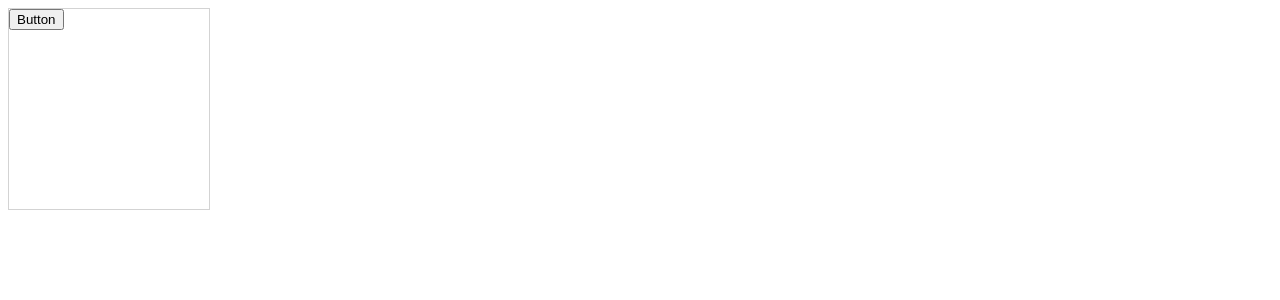
Repository: ezotop/react_ts_props-hook-router-event-req
Page: /
The author's editor kept a copy of each file at every save. The page is drawn from the files as they stood at one save, then again after the next save.
The browser window is 1280 px wide. The pictures show the whole page.
The project was rebuilt for these pictures with package versions that can differ from the ones it lists, and the page was loaded fresh each time.

Above is the page before, as saved 2021-04-19 20:50:02.

### src/App.tsx
import React from 'react';
import Card from './component/Card';

const App = () => {
    return (
        <div>
            <Card width={'200px'} height={'200px'}>
                <button>Button</button>
            </Card>
        </div>
    );
};

export default App;

### src/component/Card.tsx
import React from 'react';

export enum CardVariant {
    outlined = 'outlined',
    primary = 'primary'
}

interface CardProps {
    width?: string // ? - если хотим сделать не обязательным
    height?: string
    children?: React.ReactChild | React.ReactNode
    variant: CardVariant
}

const Card: React.FC<CardProps> = ({width, height, children}) => {
    return (
        <div style={{width, height, border: CardVariant.outlined ? '1px solid lightgray' : 'none'}}>
            {children}
        </div>
    );
};

export default Card;

Loaded but not shown: public/index.html (common file); src/index.tsx (common file)

After the next save:
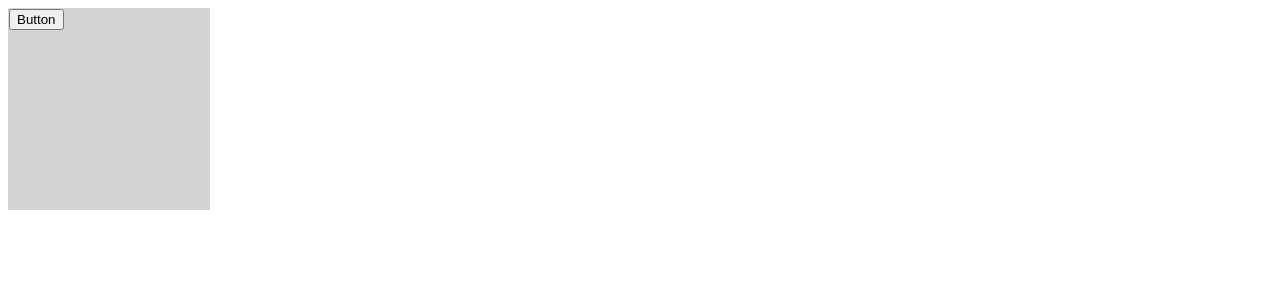
Saved 80 s later.
--- a/src/component/Card.tsx
+++ b/src/component/Card.tsx
@@ -14,7 +14,10 @@ interface CardProps {
 
 const Card: React.FC<CardProps> = ({width, height, children}) => {
     return (
-        <div style={{width, height, border: CardVariant.outlined ? '1px solid lightgray' : 'none'}}>
+        <div style={{width, height,
+            border: CardVariant.outlined ? '1px solid lightgray' : 'none',
+            background: CardVariant.primary ? 'lightgray' : ''
+            }}>
             {children}
         </div>
     );
